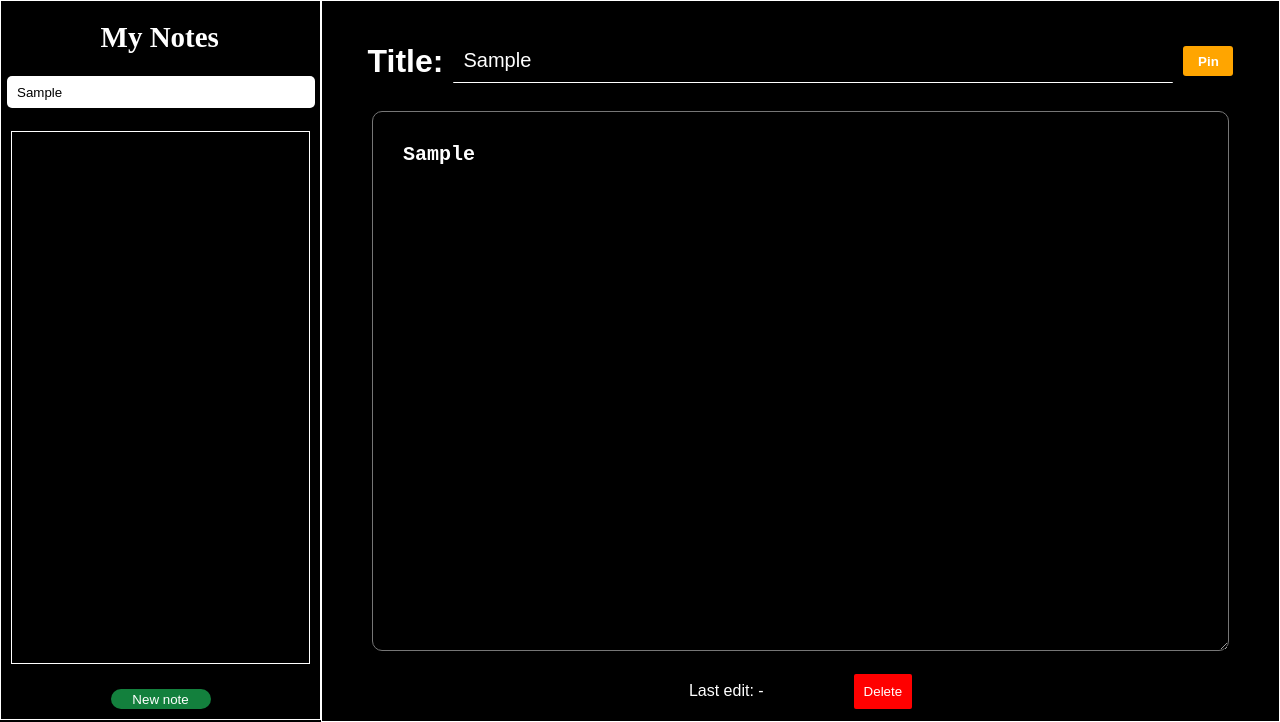
Repository: dmpelaez/myNotes
Page: QuickNotes.html
An editor plug-in stored every save of this project. The page is shown before and after the next save, followed by the edit.
The browser window is 1280 px wide. The pictures show the whole page.
Empty fields were first filled with sample values (such as "Sample", 5 or name@example.com).
After loading, the first visible `input.title-notes` was changed once.

Above is the page before, as saved 2025-12-19 11:13:03.

### QuickNotes.html
<!DOCTYPE html>

  <html>

    <head>

      <title>Quick Notes</title>

      <!--CSS LINK-->
      <link rel="stylesheet" href="QuickNotes.css">
    </head>
    <body>

      <!--Note section-->
      <aside class="aside-section">

        <!--My notes part-->
        <div class="myNotes">
          <p class="my-notes-text">My Notes</p>
        </div>
        <!--Search notes-->
        <div class="input-box">
          <input class="input" placeholder="Search notes..." oninput="renderNotes()">
        </div>
        <!--Notes-->
        <div class="note-list"></div>
        <!--add button-->
        <button class="add-button" onclick="addNote()">New note</button>

      </aside>

      <!---Typing section-->
      <main class="main-section">

        <!--Header-->
        <div class="header-section">
          <h1>Title:</h1>
          <input class="title-notes" placeholder="Untitled Note" oninput="currentUpdate()">
          <button class="pin-btn" onclick="togglePin()">Pin</button>
        </div>

        <!--text area-->
        <div class="texting-area">
          <textarea class="textarea" placeholder="Start typing..." oninput="currentUpdate()"></textarea>
        </div>

        <!---Delete button-->
        <div class="delete">
          <span class="edit">Last edit: -</span>
          <button class="delete-btn" onclick="showModal()">Delete</button>
        </div>

        <div class="delete-confirm">

          <div class="modal-delete">
            <h1>Are you sure?</h1>
            <p class="sure-text">Are you sure you want to delete the note permanently?</p>
            You can't undo this action.
          </div>

          <!--delete and cancel button-->
          <div class="btn-section">
            <button class="cancel-btn" onclick="cancelModal()">Cancel</button>
            <button class="remove-btn" onclick="remove()">Remove</button>
          </div>


        </div>

      </main>

    <script src="QuickNote.js"></script>
    </body>

  </html>

### QuickNotes.css
body {
  margin: 0;
  padding: 0;
  background: black;
  box-sizing: border-box;
  display: Flex;
  height: 100vh;
}
* {
  color: rgb(255, 255, 255);
}
.aside-section {
  border: 1px solid white;
  display: grid;
  width: 400px;
  grid-template-rows: 40px 30px 1fr 20px;
  padding: 10px;
  gap: 25px;

}

.my-notes-text {
  display: flex;
  margin: 0px;
  justify-self: center;
  align-self: center;
  margin-top: 10px;
}
.note-list {
  flex: 1;
  overflow-y: auto;
 overflow-x: none;
 border: 1px solid white;

}
.note-list::-webkit-scrollbar {
  display: none;
}

.note-item {
  border: 1px solid #333;
  padding: 1rem;
  position: relative;
  display: flex;
  flex-direction: column;
}
.note-item.active {
  background-color: #333;

}

.note-item h1 {
  font-size: 0.8rem;
  word-wrap: break-word;
  overflow-wrap: break-word;

}
.icon-pin {
  color: rgb(250, 0, 0);
  position: absolute;
  right: 0;
  bottom: 54%;
}

.my-notes-text {
  font-weight: bold;
  font-size: 29px;
  flex-shrink: 0;
  width: 120px;
}

.input {
  color: black;
  display: flex;
  align-self: center;
  justify-self: center;
  Width: 99%;
  height: 100%;
  border-radius: 5px;
  border: none;
  outline: none;
  padding-left: 10px;
  margin-left: 1px;
}
.input::placeholder {
  padding-left: 1px;

}

.add-button {
  width: 100px;
  display: flex;
  justify-self: center;
  background: rgb(19, 128, 61);
  border: none;
  border-radius: 10px;
  color: white;
  font-family: arial;
  align-items: center;
  justify-content: center;
  cursor: pointer;
}



.main-section {

  left: 26.5%;
  border: 1px solid white;
  right: 0px;
  height: 100%;
  display: grid;
  grid-template-rows: 70px 1fr 30px;
  gap: 40px;
  width: 100%;
}

.header-section {
  display: flex;
  justify-self: center;
  align-self: center;
  gap: 10px;
  margin-top: 50px;
  align-items: center;
  padding-left: 20px;
  padding-right: 20px;
}
.title-notes {
  width: 700px;
  padding: 10px;
  border-radius: 1px;
  background: none;
  border: none;
  border-bottom: 1px solid white;
  outline: none;
 font-size: 20px;
 font-family: arial;
}

.title-notes::placeholder {
  color: white;
  font-family: arial;
  font-size: 20px;

}

.pin-btn {
  background: orange;
  border: none;
  border-radius: 3px;
  font-family: arial;
  font-weight: bold;
  width: 50px;
  height: 30px
}

.texting-area {
  display: flex;
  padding-right: 50px;
  padding-left: 50px;
}
.textarea {
  background: black;
  outline: none;
  display: flex;
  width: 100%;
  padding-left: 30px;
  padding-right: 80px;
  padding-top: 30px;
  line-height: 25px;
  font-size: 20px;
  font-weight: bold;
  border-radius: 10px;
}

.delete {
  display: flex;
  justify-content: center;
  align-items: center;
  gap: 90px;
  margin-bottom: 40px;

}
.delete-btn {
  background: red;
  border: none;
  border-radius: 2px;
  padding: 10px;
  cursor: pointer;
}
.edit {
  font-family: arial;
}

.delete-confirm {
  display: none;
  pointer-events: none;

}

.delete-confirm.active {
  position: absolute;
  left: 20%;
  top: 20%;
  display: flex;
  background: rgb(59, 58, 58);
  border-radius: 10px;
  flex-direction: column;
  align-items: center;
  justify-content: center;
  padding: 10px;
  height: 200px;
  pointer-events: auto;
  cursor: pointer;
}
.modal-delete {
  padding: 20px;
  display: flex;
  flex-direction: column;
  align-items: center;
  font-family: arial;

}
h1 {
  display: flex;
  justify-self: center;
  margin: 0px;
  font-family: arial;
}
.sure-text {
  margin: 0px;
  margin-top: 10px;
  font-family: arial;
}


.btn-section {
  display: flex;
  gap: 10px;
}

.cancel-btn {
  background: gray;
  border: none;
  border-radius: 5px;
  font-weight: bold;
  padding: 10px;
  cursor: pointer;
}
.remove-btn {
  background: red;
  border: none;
  border-radius: 5px;
  font-family: arial;
  font-weight: bold;
  cursor: pointer;
}

### QuickNote.js
//Aside section
const input = document.querySelector('.input');
const noteList = document.querySelector('.note-list');
const addBtn = document.querySelector('.add-button');

//Main section
const titleNotes = document.querySelector('.title-notes');
const pinBtn = document.querySelector('.pin-btn');
const textArea = document.querySelector('.textarea');

//delete button section
const btnDelete = document.querySelector('.delete-btn');
const edit = document.querySelector('.edit');

//delete confirm
const deleteConfirm = document.querySelector('.delete-confirm');

//remove and cancel button
const cancelBtn = document.querySelector('.cancel-btn');
const removeBtn = document.querySelector('.remove-btn');


//save notes

let notes = JSON.parse(localStorage.getItem('notes') || "[]");
let currentId = null;

//save storage
function saveNotes() {
  localStorage.setItem('notes', JSON.stringify(notes));
}


function addNote() {
  const newNotes = {
    id: Date.now(),
    title: "",
    content: "",
    date: new Date().toLocaleString(),
    pinned: false
  };
  notes.unshift(newNotes);
  currentId = newNotes.id;
  selectNote(newNotes.id);
  saveNotes();
  console.log('working')
}

function renderNotes() {
  const query = input.value;
  noteList.value = '';

  const pinned = notes.filter(n => n.pinned);
  const others = notes.filter(n => !n.pinned);

  const filtered = [...pinned, ...others].filter(n => {
    n.title.toLowerCase().includes(query) || n.content.toLowerCase().includes(query)
  });


  for (let note of filtered) {
    const div = document.createElement("div");
    div.className = "note-item" + (note.pinned ? " active" : "");
    div.onclick = selectNote(note.id);
    div.innerHTML = `
    <h1>${note.title}</h1>
    <small>${note.date}</small>
    ${note.pinned ? '<span class="icon-pin">📌</span>' : ''}
    `;
    noteList.appendChild(div);
  };
  saveNotes();
  console.log('working')
}


function selectNote(id){
  currentId = id;
  const note = notes.find(n => n.id === id);
  if (!note) return;
  currentId = null;
  console.log(note.id);
  saveNotes();
  renderNotes();
}


function currentUpdate() {
  const note = notes.find(n => n.id === currentId);
  if (!note) return;
  titleNotes.value = note.title;
  textArea.value = note.content;
  note.date = new Date().toLocaleString();
  edit.innerText = "Last edited: " + note.date;
  pinBtn.innerHTML = note.pinned ? "Unpin" : "Pin";
  saveNotes();
  renderNotes();
  console.log('working')
}

function showModal() {
  deleteConfirm.classList.add("active");
}

function cancelModal() {
  deleteConfirm.classList.remove("active");
}

function remove() {
  notes = notes.filter(n => n.id !== currentId);
  titleNotes.value = "";
  textArea.value = "";

  renderNotes();
  cancelModal();
  saveNotes();
}

renderNotes();

After the next save:
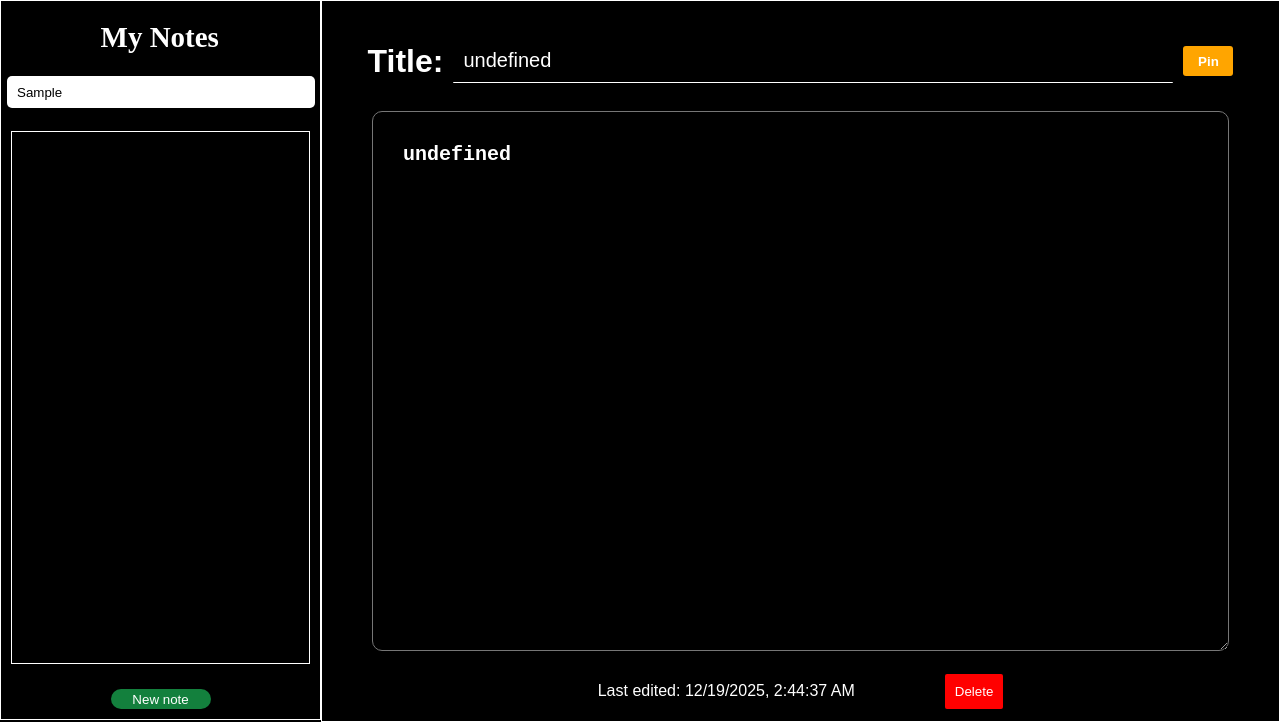
Saved 43 s later.
--- a/QuickNote.js
+++ b/QuickNote.js
@@ -86,7 +86,7 @@
 
 
 function currentUpdate() {
-  const note = notes.find(n => n.id === currentId);
+  const note = notes.filter(n => n.id === currentId);
   if (!note) return;
   titleNotes.value = note.title;
   textArea.value = note.content;

After the save that followed:
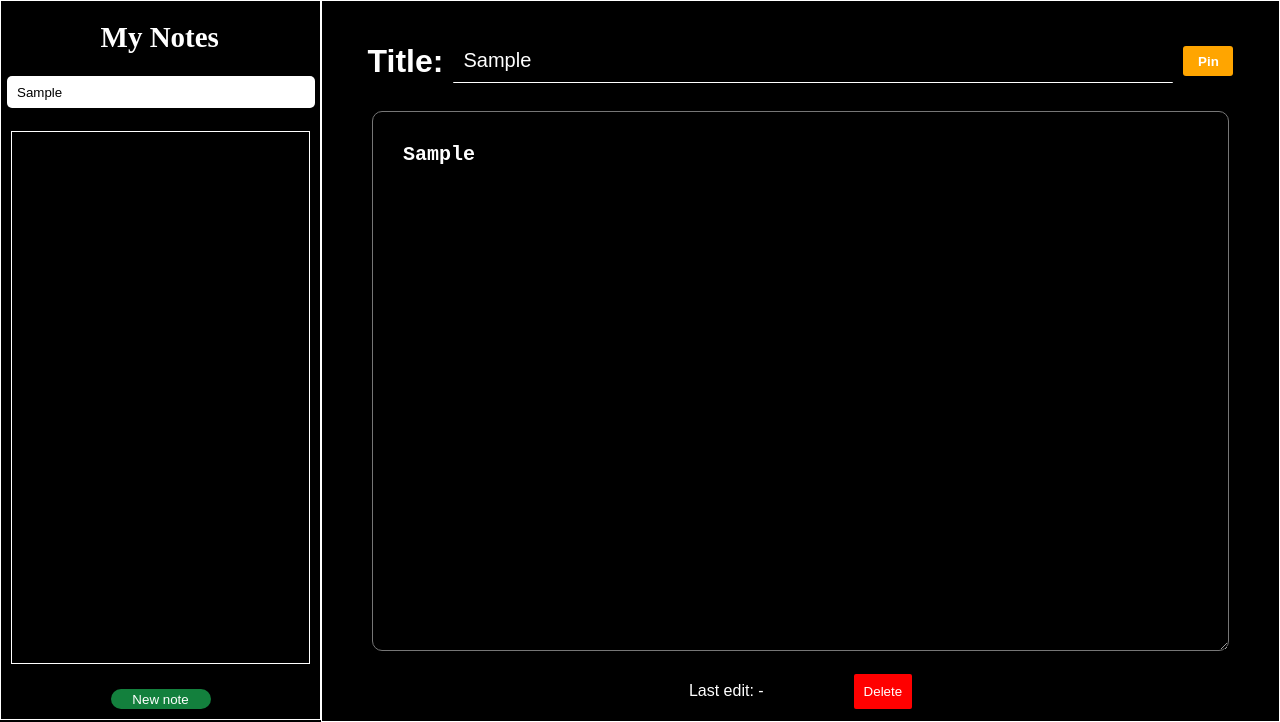
Saved 12 s later.
--- a/QuickNote.js
+++ b/QuickNote.js
@@ -86,7 +86,7 @@
 
 
 function currentUpdate() {
-  const note = notes.filter(n => n.id === currentId);
+  const note = notes.find(n => n.id === currentId);
   if (!note) return;
   titleNotes.value = note.title;
   textArea.value = note.content;
